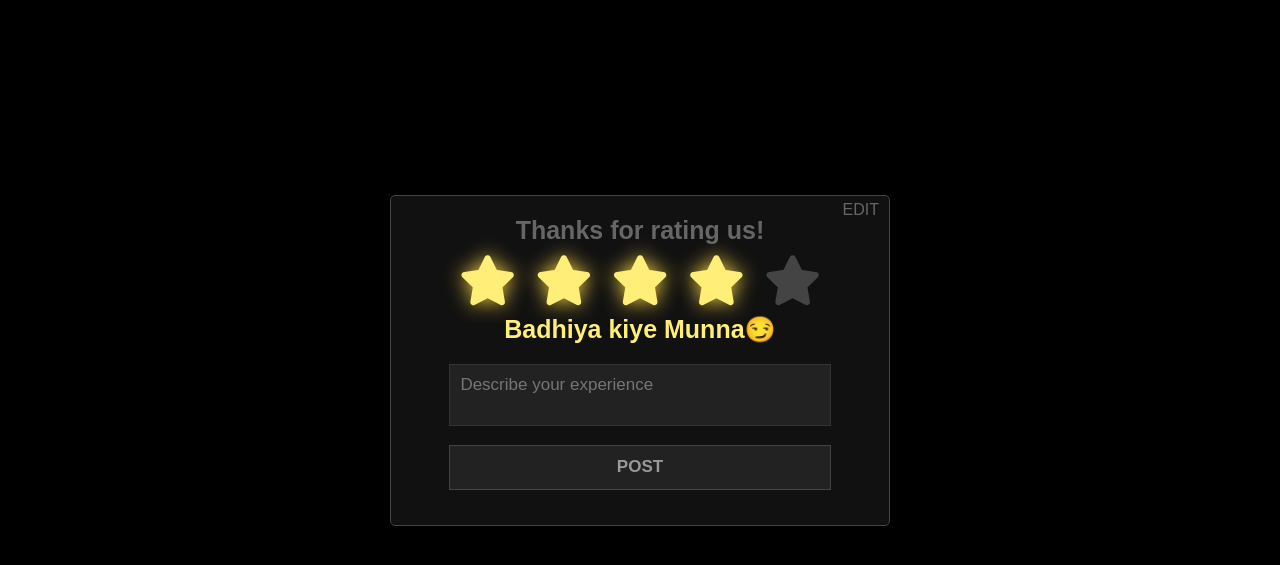
Repository: Suryansh-D/Star-Ratings
Page: index.html
An editor plug-in stored every save of this project. The page is shown before and after the next save, followed by the edit.
The browser window is 1280 px wide. The pictures show the whole page.
The first `#rate-4` is checked.

Above is the page before, as saved 2024-02-03 10:32:00.

### index.html
<!DOCTYPE html>
<html lang="en">
<head>
    <meta charset="UTF-8">
    <meta name="viewport" content="width=device-width, initial-scale=1.0">
    <title>Document</title>
</head>
<link rel="stylesheet" href="style.css">
<link rel="stylesheet" href="https://cdnjs.cloudflare.com/ajax/libs/font-awesome/5.15.3/css/all.min.css">
<body>
    <div class="container">
        <div class="post">
            <div class="text">Thanks for rating us!</div>
            <div class="edit">EDIT</div>
            </div>
        <div class="stars">
            <input type="radio" name="rate" id="rate-5">
            <label for="rate-5" class="fas fa-star"></label>
            <input type="radio" name="rate" id="rate-4">
            <label for="rate-4" class="fas fa-star"></label>
            <input type="radio" name="rate" id="rate-3">
            <label for="rate-3" class="fas fa-star"></label>
            <input type="radio" name="rate" id="rate-2">
            <label for="rate-2" class="fas fa-star"></label>
            <input type="radio" name="rate" id="rate-1">
            <label for="rate-1" class="fas fa-star"></label>
            <form action="#">
                <header></header>
                <div class="textarea">
                <textarea cols="30" placeholder="Describe your experience"></textarea>
                </div>
                    <div class="btn">
                        <button type="submit">Post</button>
                        </div>
                 </form>
        </div>
    </div>
    <script></script>
</body>
</html>

### style.css
@import url('https://fonts.googleapis.com/css?family=Roboto:400,700');
* {
  margin: 0;
  padding: 0;
  box-sizing: border-box;
  font-family:'Poppins', sans-serif;
}
html, body {
  height: 100%;
  background-color: #000;
  place-items: center;
  display: grid;
  text-align: center;
}

.container {
    position: relative;
    width: 500px;
    background: #111;
    padding: 20px  30px;
    border: 1px solid #444;
    border-radius: 5px;
    display: flex;
    flex-direction: column;
    align-items: center;
    justify-content: center;
}
.container .stars input{
    display: none;
}
.stars label{
    font-size: 50px;
    color: #444;
    cursor: pointer;
    transition: all 0.2s ease;
    float: right;
    padding: 10px;

}
.stars input:not(:checked) ~ label:hover ,
.stars input:not(:checked) ~ label:hover ~ label{
    color: #ffcc00;
}
.stars input:checked ~ label{
    color: #ffcc00;
}
input#rate-5:checked ~ label{
    color: #fe7;
    text-shadow: 0 0 20px #f1cf45;
}
input#rate-4:checked ~ label{
    color: #fe7;
    text-shadow: 0 0 20px #f1cf45;
}
input#rate-3:checked ~ label{
    color: #fe7;
    text-shadow: 0 0 20px #f1cf45;
}
input#rate-2:checked ~ label{
    color: #fe7;
    text-shadow: 0 0 20px #f1cf45;
}
input#rate-1:checked ~ label{
    color: #fe7;
    text-shadow: 0 0 20px #f1cf45;
}

#rate-1:checked ~ form header:before{
    content: "Hatt Bakwas 😤";

}
#rate-2:checked ~ form header:before{
    content: "Bekaar 😒";
}
#rate-3:checked ~ form header:before{
    content: "Theek hi hai 🙂";
}
#rate-4:checked ~ form header:before{
    content: "Badhiya kiye Munna😏";
}
#rate-5:checked ~ form header:before{
    content: "Ohh Bhaisaab 🤯 ";
}

.container .text{
    font-size: 25px;
    color: #666;
    font-weight: 700;

}
.container .edit{
    position: absolute;
    right:10px;
    top:5px;
    font-size: 16px;
    color: #666;
    font-weight: 500;
    cursor: pointer;
}
.container form{
    display: none;
}
input:checked ~ form{
    display: block;
    transition: all 0.2s ease;
}
form header{
    width:100%;
    font-size: 25px;
    color: #fe7;
    font-weight: 700;
    margin: 5px 0 20px 0;
    text-align: center;
    transition: all 0.2s ease;
}

form .textarea{
    width: 100%;
   height: 100%;
   overflow: hidden;
}
form .textarea textarea{
    height: 100%;
    width:100%;
    outline: none;
    color: #fff;
    border: 1px solid #333;
    background: #222;
    padding: 10px;
    font-size: 17px;
    resize: none;
}
form .btn{
  height: 45px;
  width: 100%;
  margin: 15px 0;
}
form .btn button{
    width: 100%;
    height: 100%;
    border: 1px solid #444;
    outline: none;
    background: #222;
    color: #999;
    font-size: 20px;
    font-weight: 700;
    cursor: pointer;
    transition: all 0.2s ease;
    font-size: 17px;
    text-transform: uppercase;
}
form .btn button:hover{
    background: #1b1b1b;
    color: #fff;
}

After the next save:
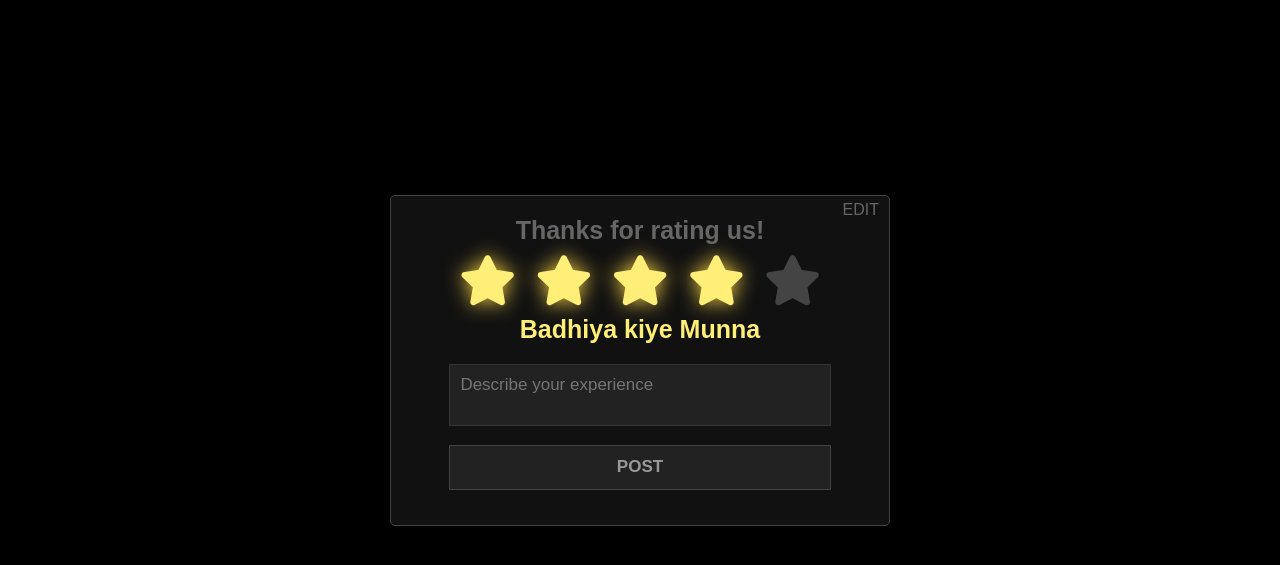
Saved 9 s later.
--- a/style.css
+++ b/style.css
@@ -76,7 +76,7 @@
     content: "Theek hi hai 🙂";
 }
 #rate-4:checked ~ form header:before{
-    content: "Badhiya kiye Munna😏";
+    content: "Badhiya kiye Munna";
 }
 #rate-5:checked ~ form header:before{
     content: "Ohh Bhaisaab 🤯 ";

After the save that followed:
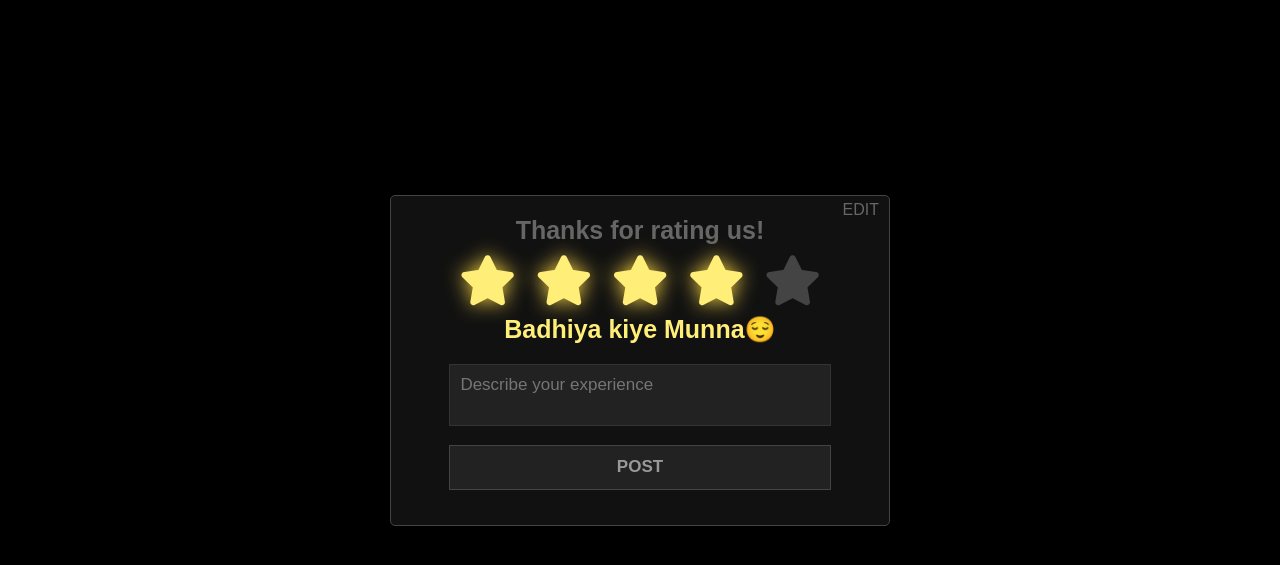
Saved 14 s later.
--- a/style.css
+++ b/style.css
@@ -76,7 +76,7 @@
     content: "Theek hi hai 🙂";
 }
 #rate-4:checked ~ form header:before{
-    content: "Badhiya kiye Munna";
+    content: "Badhiya kiye Munna😌";
 }
 #rate-5:checked ~ form header:before{
     content: "Ohh Bhaisaab 🤯 ";
